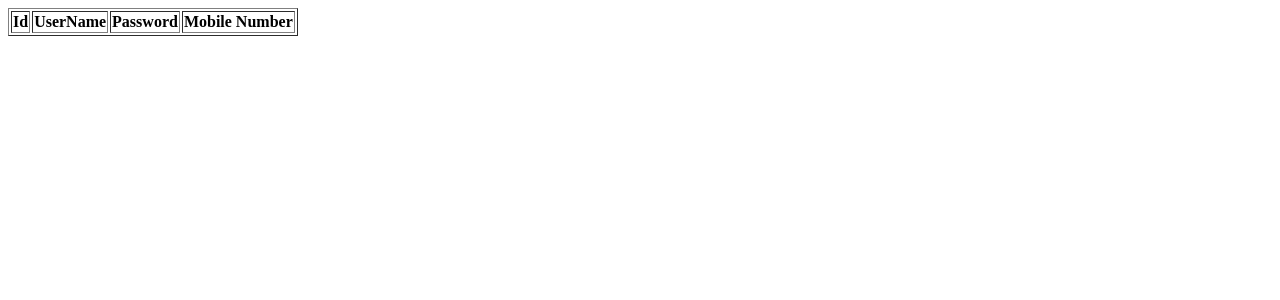
Repository: neethiarasan30/jsp-Servlets-crud-operation
Page: http://localhost/JavaFullStack/Data.jsp
The author's editor kept a copy of each file at every save. The page is drawn from the files as they stood at one save, then again after a run of saves.
The browser window is 1280 px wide. The pictures show the whole page.
The page is served by Tomcat 9. Queries for data that is not in the repository find no rows.

Above is the page before, as saved 2024-07-12 15:53:53.

After the next 2 saves:
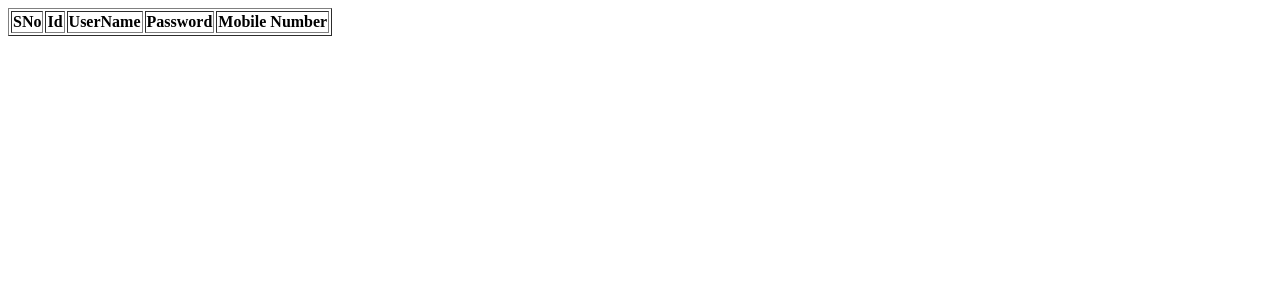
The 2 saves are shown as one change because they came seconds apart.
The last was saved 9 s later.
--- a/JavaFullStack/src/main/webapp/Data.jsp
+++ b/JavaFullStack/src/main/webapp/Data.jsp
@@ -11,7 +11,7 @@
 		<form>
 		<table border="1px">
 			<tr>
-				<t>
+				<th>SNo</th>
 				<th>Id</th>
 				<th>UserName</th>
 				<th>Password</th>

After the save that followed:
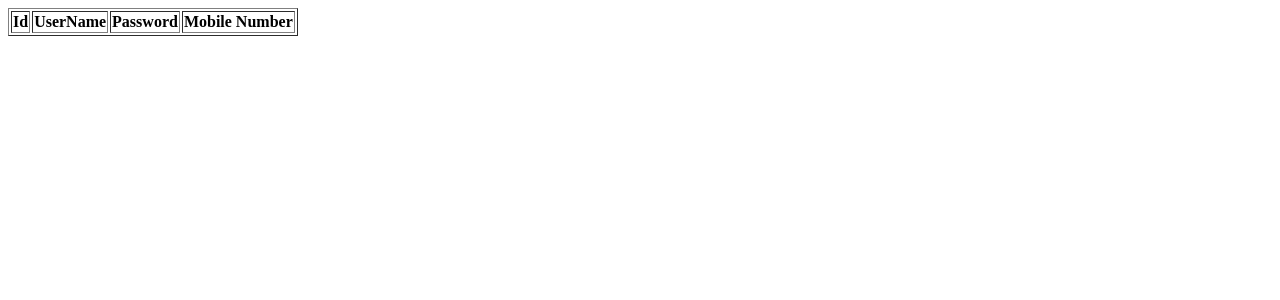
Saved 47 s later.
--- a/JavaFullStack/src/main/webapp/Data.jsp
+++ b/JavaFullStack/src/main/webapp/Data.jsp
@@ -11,7 +11,6 @@
 		<form>
 		<table border="1px">
 			<tr>
-				<th>SNo</th>
 				<th>Id</th>
 				<th>UserName</th>
 				<th>Password</th>
